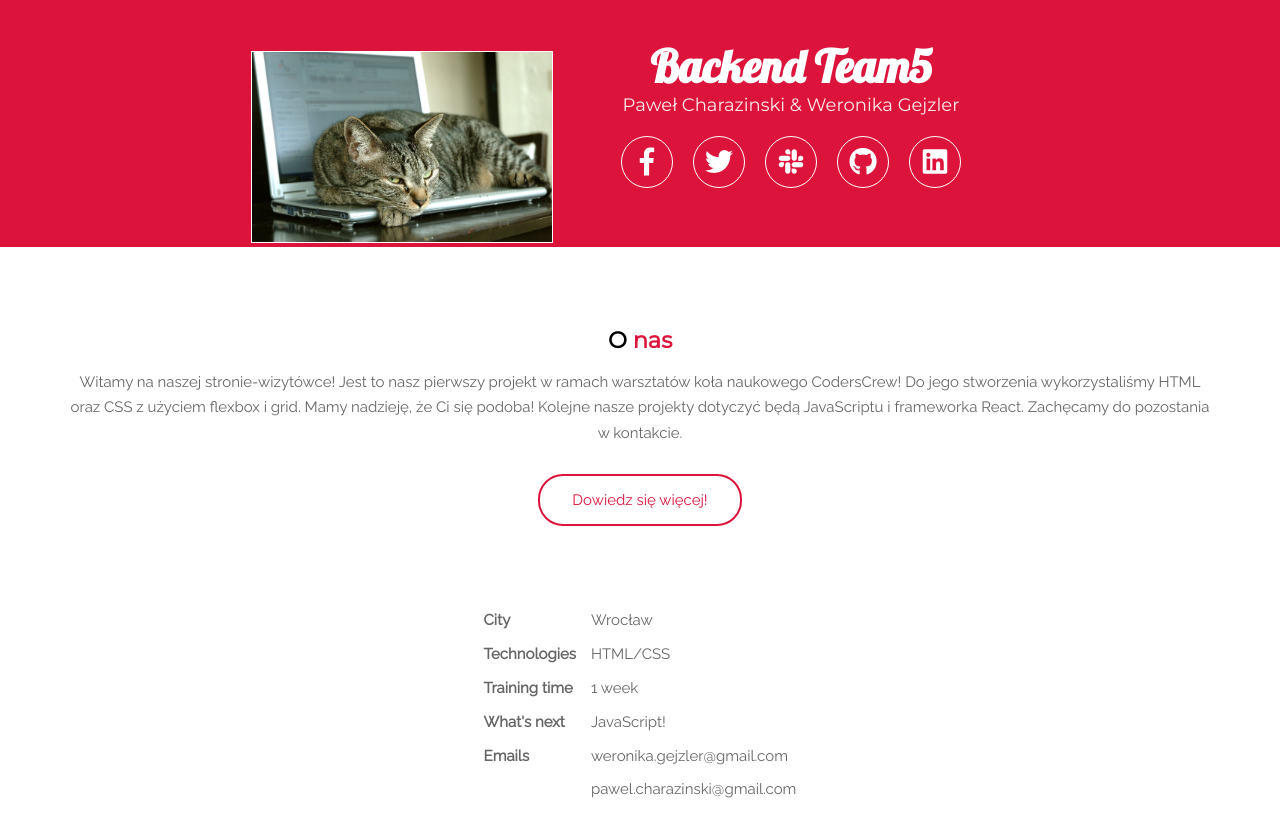
Repository: pietruszka/cc_proj1
Page: index.html
The author's editor kept a copy of each file at every save. The page is drawn from the files as they stood at one save, then again after the next save.
The browser window is 1280 px wide. The pictures show the whole page.
Some web libraries are served in a nearby version.

Above is the page before, as saved 2018-11-18 20:22:02.

### index.html
<!DOCTYPE html>
<html lang="en">

<head>
    <meta charset="UTF-8">
    <meta name="viewport" content="width=device-width, initial-scale=1.0">
    <link rel="stylesheet" href="./style.css" />
    <link href="https://fonts.googleapis.com/css?family=Lobster" rel="stylesheet">
    <link href="https://use.fontawesome.com/releases/v5.0.8/css/all.css" rel="stylesheet">
    <link href="https://fonts.googleapis.com/css?family=Montserrat" rel="stylesheet">
    <link href="https://fonts.googleapis.com/css?family=Raleway" rel="stylesheet">
    <title>BackendTeam5</title>
</head>

<body>


        <div id="top">
            <div id="photo"><img id="photo1" src="people.jpg" alt=""></div>
            <div id="heading">


               <h1 id="heading1">Backend Team5</h1>
               <h2 id="heading2">Paweł Charazinski &amp; Weronika Gejzler</h2>
               <div class="nav">

                <div class="nav-item">
                    <a href="#" class="fab fa-facebook-f"></a>
                </div>
                <div class="nav-item">
                    <a href="#" class="fab fa-twitter"></a>
                </div>

                <div class="nav-item">
                    <a href="#" class="fab fa-slack"></a>
                </div>
                <div class="nav-item">
                    <a href="#" class="fab fa-github"></a>
                </div>
                <div class="nav-item">
                    <a href="#" class="fab fa-linkedin"></a>
                </div>
            </div>


            </div>

        </div>

        <div id="bottom">
            <div id="about">
<h1 id="h_about">O <span style="color:crimson">nas</span></h1>
<p id="p_about">Witamy na naszej stronie-wizytówce! Jest to nasz pierwszy projekt w ramach warsztatów koła naukowego CodersCrew! Do jego stworzenia wykorzystaliśmy HTML oraz CSS z użyciem flexbox i grid. Mamy nadzieję, że Ci się podoba! Kolejne nasze projekty dotyczyć będą JavaScriptu i frameworka React. Zachęcamy do pozostania w kontakcie.</p>
<div id="button">Dowiedz się więcej!</div>


            </div>
            <div id="details">
<table>
    <tr>
        <td class="table"><b>City</b></td>
        <td class="table">Wrocław</td>
    </tr>
    <tr>
        <td class="table"><b>Technologies</b></td>
        <td class="table">HTML/CSS</td>
    </tr>
    <tr>
        <td class="table"><b>Training time</b></td>
        <td class="table">1 week</td>
    </tr>
    <tr>
        <td class="table"><b>What's next</b></td>
        <td class="table">JavaScript!</td>
    </tr>
    <tr>
        <td class="table"><b>Emails</b></td>
        <td class="table">weronika.gejzler@gmail.com
        </td>
    </tr>
    <tr><td class="table"></td><td class="table">pawel.charazinski@gmail.com
        </td></tr>

</table>
</div>
        </div>


</div>
</body>

</html>

### style.css
body{
    margin: 0 0 1vw 0;
    font-size: 15px;


}
#top{
   display: flex;
   flex-direction: row;
   flex-wrap: wrap;
   align-items: center;
   justify-content: center;

    background-color: crimson;
    color: white;



}
#photo{
align-self: flex-end;


}
#photo1{
width: auto;
height: auto;
   max-width: 300px;
   max-height: 200px;
   border: 1px solid white;

}

#heading{

  padding: 3vw;

}

#heading1 {

    font-size: 3em;
    font-weight: 700;
        font-family: 'Lobster', cursive;
    text-align: center;
    margin:0;
   }
   #heading2 {

    font-size: 1.2em;
    font-weight: 100;
    font-family:  Montserrat;
    text-align: center;
    margin: 0%;
    opacity: 0.9;
    }

    a {
        color: white;
        text-decoration: none;

    }
    .nav {
        display: flex;
        justify-content: center;
        margin: 20px;
        flex-wrap: wrap;

    }

    .nav-item {

        animation: show 0.5s ease-in-out forwards;

        transition: all 0.3s ease-in-out;
        border-radius: 100%;
        border: solid 1px white;

        width: 50px;
        height: 50px;
        margin: 0 10px;
        display: flex;
        align-items: center;
        justify-content: center;

    }

    .nav-item:hover {
        cursor: pointer;

        opacity: 0.5;

    }

    .nav-item a:hover {

        opacity: 0.5;

    }

    .nav-item a {
        font-size: 28px;

    }

#bottom{
    display: flex;
    flex-direction: column;
    align-items: center;



}
#about{
   margin: 5vw;

   text-align: center;
}
#h_about{
   font-family:  Montserrat;
    font-style: Bold;
    font-size: 1.5em;

        line-height: 29px;

}
#p_about{
   color: #666666;
   Font-Family: Raleway;
Font-Style: Regular;

Line-Height: 1.7em;

}
#button{
    margin: 1vw;
    border: 2px solid crimson;
    border-radius: 25px;
    background-color: white;
    color: crimson;

    padding: 15px 32px;
    text-align: center;
    text-decoration: none;
    display: inline-block;

    Font-Family: Raleway;
}



#details{

    color: #666666;
    Font-Family: Raleway;
 Font-Style: Regular;

 Line-Height: 19px;
 text-Align: Left;
 grid-area: details;
}
.table{
    padding: 0.5vw;
}

After the next save:
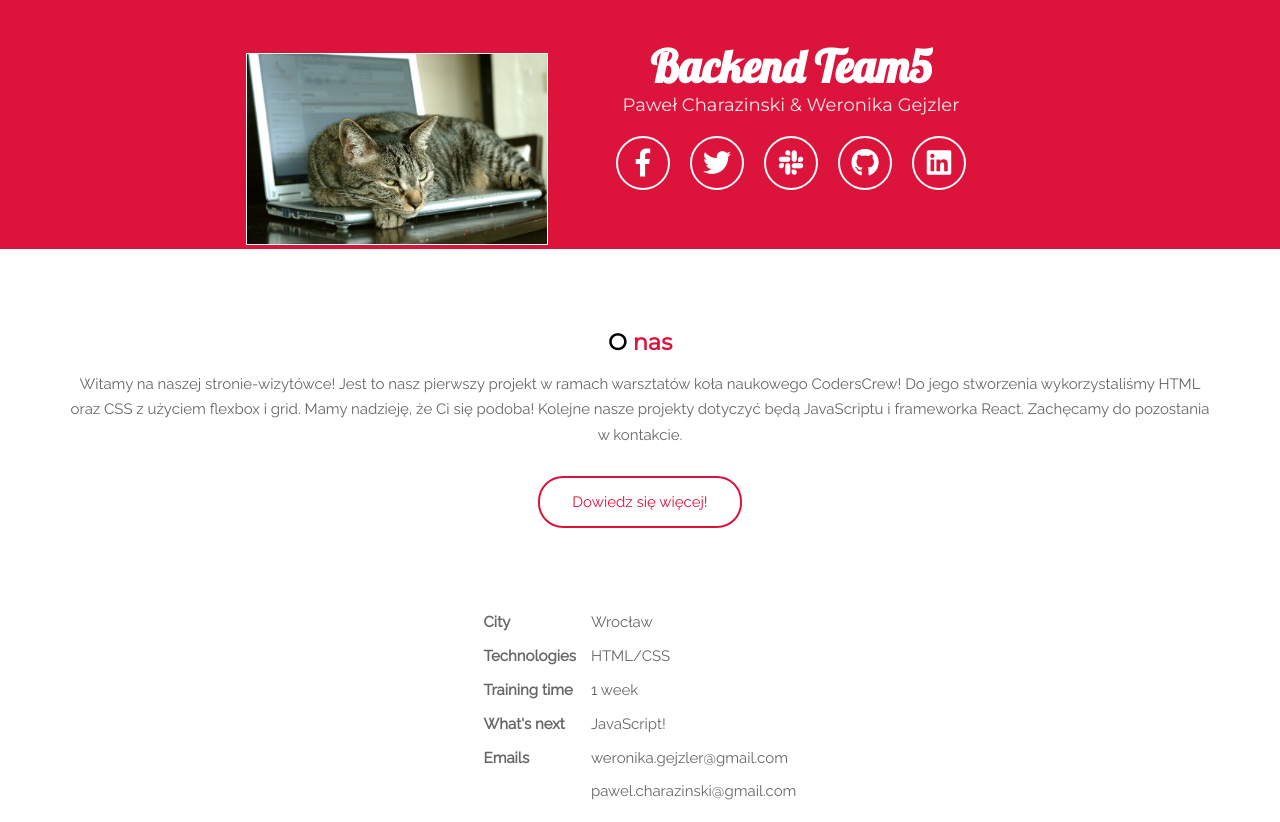
Saved 4 min 44 s later.
--- a/style.css
+++ b/style.css
@@ -74,7 +74,7 @@ height: auto;
 
         transition: all 0.3s ease-in-out;
         border-radius: 100%;
-        border: solid 1px white;
+        border: solid 2px white;
 
         width: 50px;
         height: 50px;
